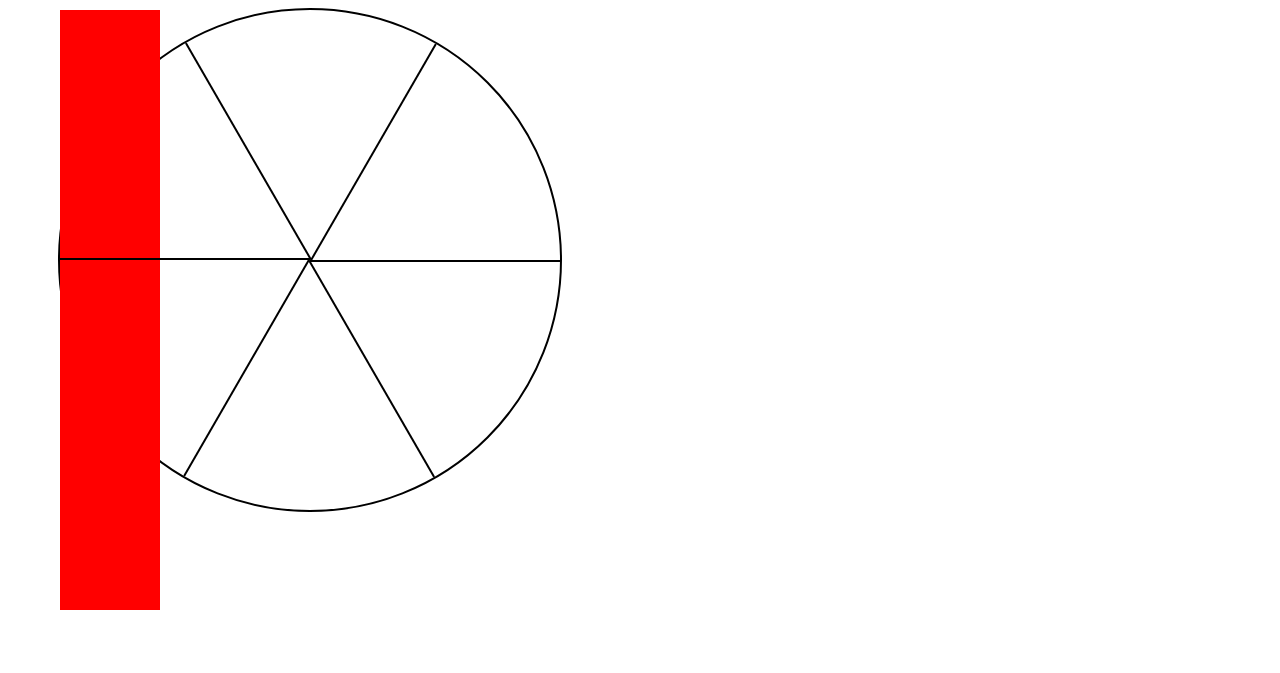
Repository: Lungdjos/ferris_wheel
Page: index.html
An editor plug-in stored every save of this project. The page is shown before and after a run of saves, followed by the edit.
The browser window is 1280 px wide. The pictures show the whole page.

Above is the page before, as saved 2024-01-11 09:00:47.

### index.html
<!DOCTYPE html>
<html lang="en">

<head>
    <meta charset="UTF-8">
    <meta name="viewport" content="width=device-width, initial-scale=1.0">
    <title>Ferris Wheel</title>
    <link rel="stylesheet" href="./styles.css">
</head>

<body>
    <div class="wheel">
        <span class="line"></span>
        <span class="line"></span>
        <span class="line"></span>
        <span class="line"></span>
        <span class="line"></span>
        <span class="line"></span>
        <div class="cabin"></div>
        <div class="cabin"></div>
        <div class="cabin"></div>
        <div class="cabin"></div>
        <div class="cabin"></div>
        <div class="cabin"></div>
    </div>

</body>

</html>

### styles.css
/* styling for the wheel */

.wheel {
    border: 2px solid black;
    border-radius: 50%;
    margin-left: 50px;
    position: absolute;
    height: 55vw;
    width: 55vw;
    max-width: 500px;
    max-height: 500px;
}


/* styling for the line */

.line {
    background-color: black;
    height: 2px;
    width: 50%;
    top: 50%;
    left: 50%;
    position: absolute;
    transform-origin: 0% 0%;
}

.line:nth-of-type(2) {
    transform: rotate(60deg);
}

.line:nth-of-type(3) {
    transform: rotate(120deg);
}

.line:nth-of-type(4) {
    transform: rotate(180deg);
}

.line:nth-of-type(5) {
    transform: rotate(240deg);
}

.line:nth-of-type(6) {
    transform: rotate(-60deg);
}


/* styling for the cabin */

.cabin {
    background-color: red;
    width: 20%;
    height: 20%;
    border
}

After the next 3 saves:
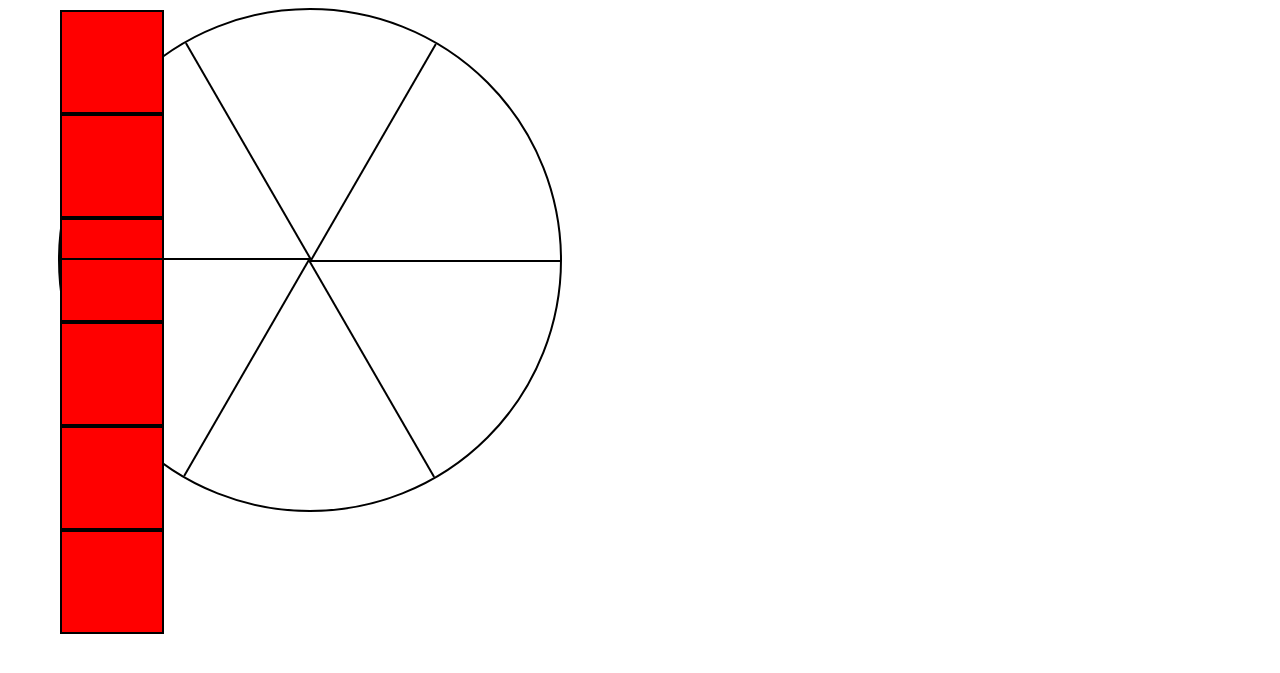
The 3 saves are shown as one change because they came seconds apart.
The last was saved 8 s later.
--- a/styles.css
+++ b/styles.css
@@ -51,5 +51,5 @@
     background-color: red;
     width: 20%;
     height: 20%;
-    border
+    border: 2px solid;
 }
